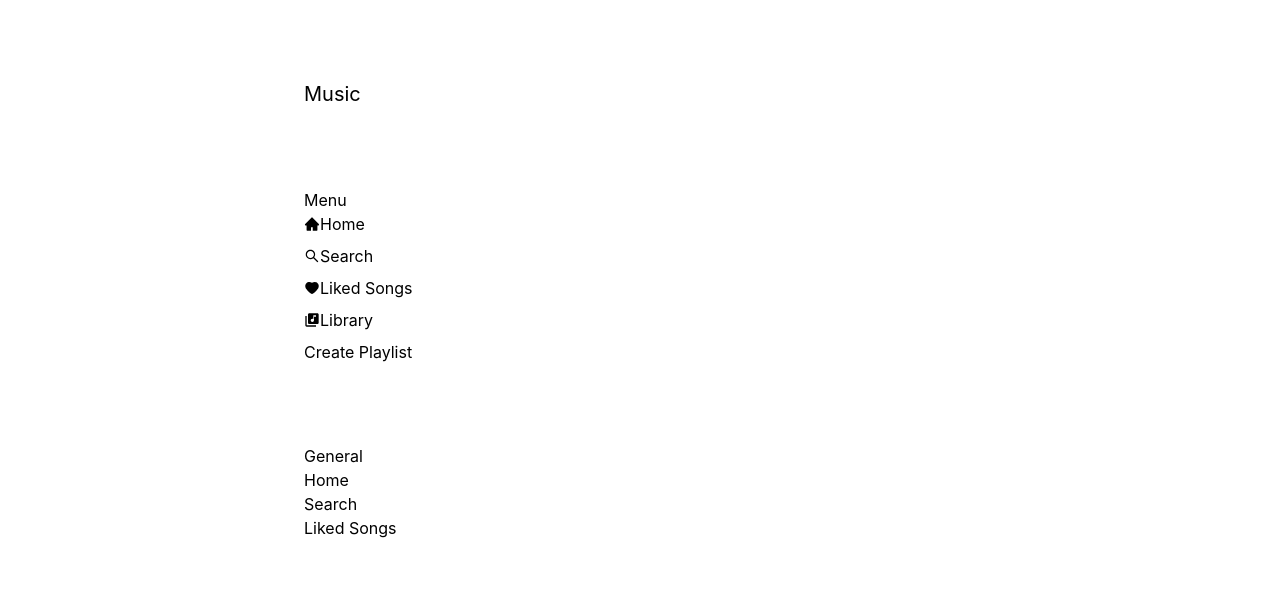
Repository: brandford7/music-player
Page: /
An editor plug-in stored every save of this project. The page is shown before and after the next save, followed by the edit.
The browser window is 1280 px wide. The pictures show the whole page.
The project was rebuilt for these pictures with package versions that can differ from the ones it lists, and the page was loaded fresh each time. The framework's server and built-in components were replaced by stand-ins that run in the browser. Also part of the build but not shown: next.config.js.

Above is the page before, as saved 2022-11-18 11:12:55.

After the next save:
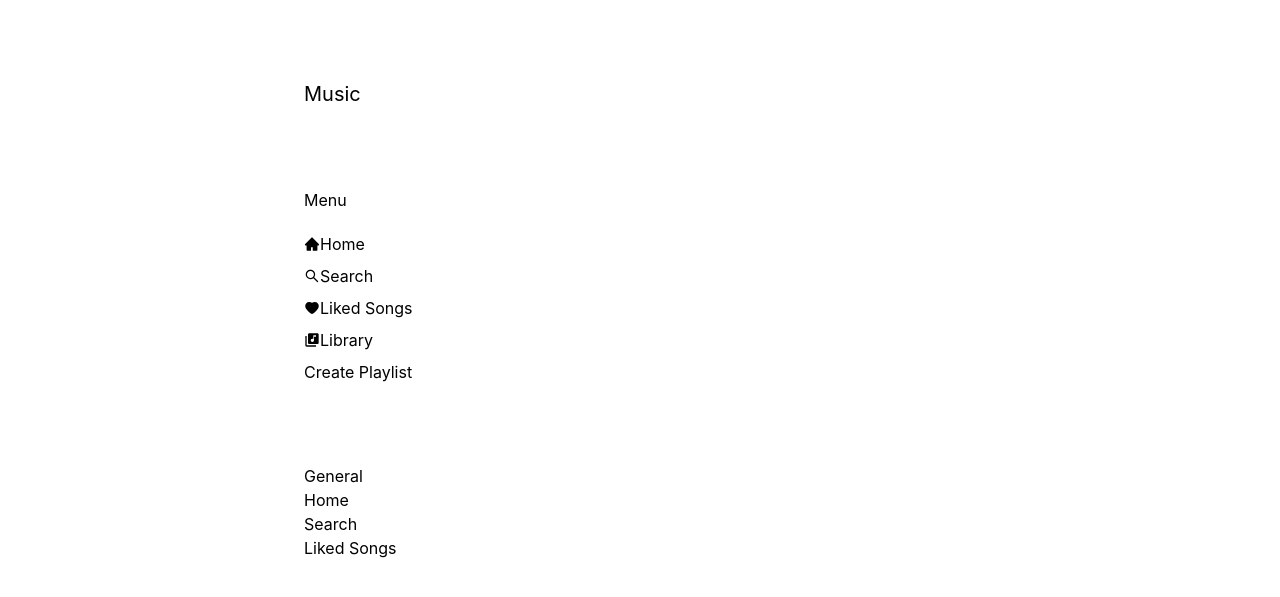
Saved 4 s later.
--- a/components/Sidebar.jsx
+++ b/components/Sidebar.jsx
@@ -9,7 +9,7 @@ const Sidebar = () => {
         <h1 className="text-xl">Music</h1>
       </section>
       <section>
-        <h2 className='mb'>Menu</h2>
+        <h2 className='mb-5'>Menu</h2>
         <ul className="space-y-2">
           <li className="flex items-center ">
             <AiFillHome />
